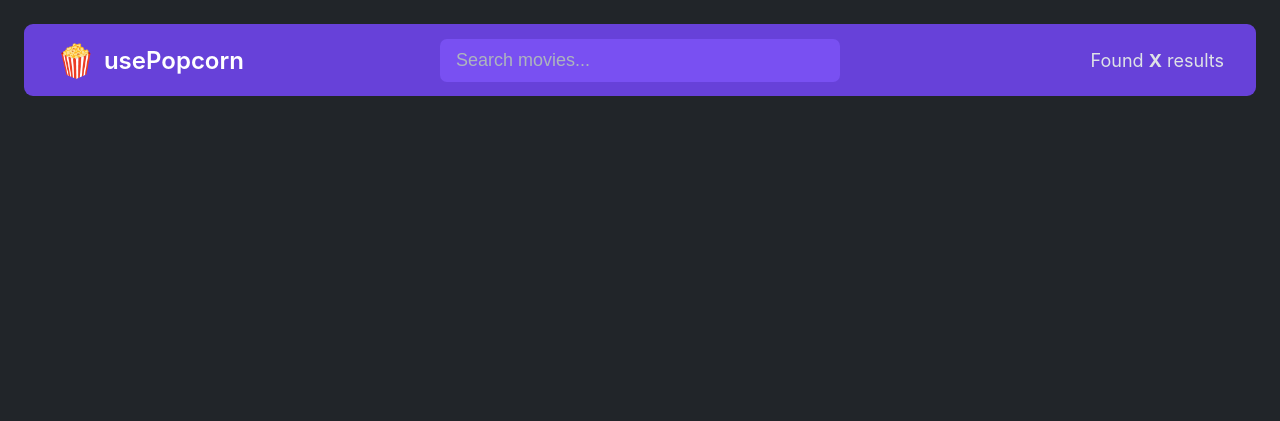
Repository: echoyol/07-usepopcorn
Page: /
These files come from the project's save history. The page is drawn as it stood at one moment and after the next save; the edit follows.
The browser window is 1280 px wide. The pictures show the whole page.
Pictures or frames that could not be fetched are drawn as grey boxes. The project was rebuilt for these pictures with package versions that can differ from the ones it lists, and the page was loaded fresh each time.

Above is the page before, as saved 2023-07-02 18:38:21.

After the next save:
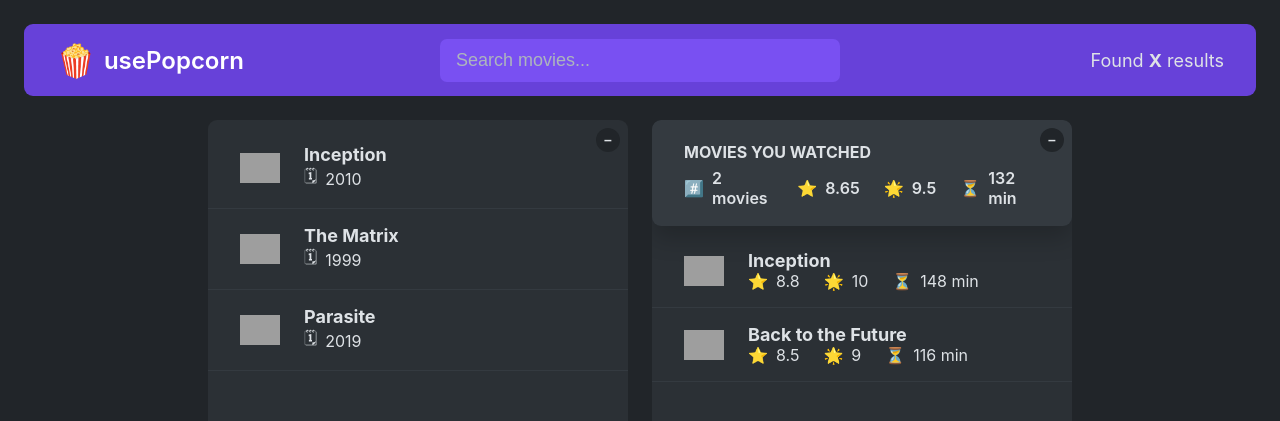
Saved 2 days later.
--- a/src/App.js
+++ b/src/App.js
@@ -178,6 +178,7 @@ export default function App() {
   return (
     <>
       <NavBar />
+      <Main />
     </>
   )
 }
